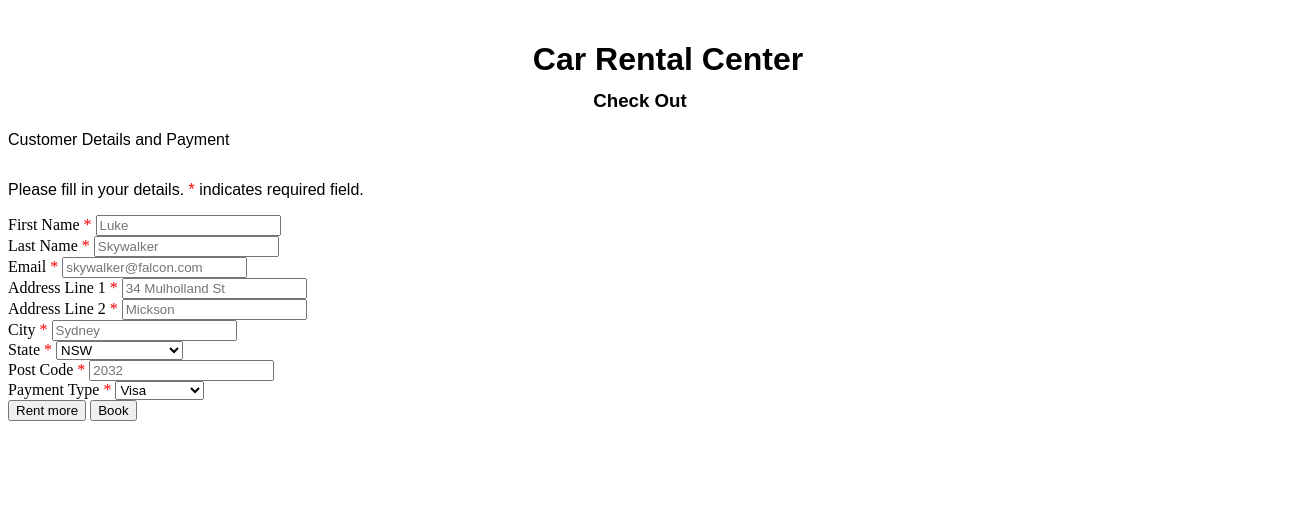
Repository: michtnt/POI-Hertz
Page: checkout.html
The author's editor kept a record of every edit. The page is drawn from the files as they stood at one moment, then again after the next edit.
The browser window is 1280 px wide. The page is 1308 px wide, so the pictures cover 1308 px, including what lies to the right of the window. The pictures show the whole page.

Above is the page before.
Console error: TypeError: Cannot read properties of null (reading 'map')

### checkout.html
<!DOCTYPE html>
<html>
    <head></head>
    <link rel="stylesheet" href="index.css">
    <script src="https://code.jquery.com/jquery-3.6.0.min.js" type="text/javascript"></script>
    <script type="text/javascript">
        let cart;
        let total = 0;
        $(document).ready(function(){
            cart = JSON.parse(window.localStorage.getItem('hertz@cart'));
            cart.map(car => {
                // TODO amount * price
                total += parseInt(car.price_per_day)
            })
            $(".total").append(`<h3>Total: ${total}</h3>`)
        })

        function redirect(){
            window.location.href="/"
        }

        function book(){
              // email regex
              let regex = /\S+@\S+\.\S+/;
              let email = document.getElementById("email").value
              if(regex.test(email)){
                alert("Purchase is Successful!")
                // reload page
                window.location.href="/"
                window.localStorage.clear();
              } else{
                alert("Invalid email!")
              }
        }
    </script>
    <body>
        <!--Header-->
        <div class="header center">
            <h1>Car Rental Center</h1>
        </div>
        <!--Main-->
        <h3 class="center">Check Out</h3>
        <form onSubmit="book(); return false;">
            <p>Customer Details and Payment</p>
            <div style="display:flex;">
                <p>Please fill in your details.</p>
                <p style="color:red;">&nbsp;*&nbsp;</p>
                <p>indicates required field.</p>
            </div>
            <div class="checkout-form">
                <div>
                    <label for="fname" class="required"><i class="fa fa-user"></i> First Name</label>
                    <input type="text" id="fname" name="firstname" placeholder="Luke" required>
                </div>
                <div>
                    <label for="fname" class="required"><i class="fa fa-user"></i> Last Name</label>
                    <input type="text" id="lname" name="lastname" placeholder="Skywalker" required>
                </div>
                <div>
                    <label for="email" class="required"><i class="fa fa-envelope"></i> Email</label>
                    <input type="email" id="email" name="email" placeholder="skywalker@falcon.com" required>
                </div>
                <div>
                    <label for="adr1" class="required"><i class="fa fa-address-card-o"></i> Address Line 1</label>
                    <input type="text" id="adr1" name="address" placeholder="34 Mulholland St" required>
                </div>
                <div>
                    <label for="adr2" class="required"><i class="fa fa-address-card-o"></i> Address Line 2</label>
                    <input type="text" id="adr2" name="address" placeholder="Mickson" required>
                </div>
                <div>
                    <label for="city" class="required"><i class="fa fa-institution"></i> City</label>
                    <input type="text" id="city" name="city" placeholder="Sydney" required>
                </div>
                <div>
                    <label for="state" class="required">State</label>
                    <select name="state" id="state">
                      <option value="nsw">NSW</option>
                      <option value="qld">Queensland</option>
                      <option value="sa">South Australia</option>
                      <option value="tas">Tasmania</option>
                      <option value="vic">Victoria</option>
                      <option value="wa">Western Australia</option>
                    </select>
                </div>
                <div>
                    <label for="zip" class="required">Post Code</label>
                    <input type="text" id="zip" name="zip" placeholder="2032" required>
                </div>
                <div>
                    <label for="state" class="required">Payment Type</label>
                    <select name="state" id="state">
                      <option value="visa">Visa</option>
                      <option value="mastercard">Mastercard</option>
                      <option value="amex">AMEX</option>
                    </select>
                </div>
            </div>

            <div class="total"></div>
            <div>
               <button onClick="redirect()">Rent more</button>
               <input type="submit" value="Book" class="btn">
            </div>
        </form>
    </body>
</html>

### index.css
/*global*/
p, h1, h3 {
    font-family: "arial"
}

/*class*/
/*margin: top right bottom left*/
.header{
    display: inline-flex;
    justify-content: space-between;
    margin: 20px 20px 20px 20px;
    flex-grow: 1;
    width: 100vw;
    height: 50px;
    color: "black";
}

.main{
    display: flex;
    /*justify-content: space-around;*/
    flex-wrap: wrap;
    margin: 10px 10px 10px 10px;
    width: 100vw;
    color: "black";
}

.car-img-container{
    max-width: 300px;
    height: auto;
    left: 0px;
    right: 0px;
}

/*https://codepen.io/sdthornton/pen/wBZdXq*/
.card{
  background: #fff;
  border-radius: 2px;
  display: inline-block;
  /*height: 300px;*/
  /*margin: 1rem;*/
  margin: 10px 10px 10px 10px;
  padding: 10px 10px 10px 10px;
  /*position: relative;*/
  width: 300px;
}

.card-1 {
  box-shadow: 0 1px 3px rgba(0,0,0,0.12), 0 1px 2px rgba(0,0,0,0.24);
  transition: all 0.3s cubic-bezier(.25,.8,.25,1);
}

.card-1:hover {
  box-shadow: 0 14px 28px rgba(0,0,0,0.25), 0 10px 10px rgba(0,0,0,0.22);
}

.center {
  display: flex;
  justify-content: center;
}

.title {
  display: flex;
  justify-content: space-around;
}

.car-item {
  display: flex;
  justify-content: space-around;
}

.main-reservation {
  display: flex;
  flex-direction: column;
}

.checkout-button {
  display: flex;
  justify-content: flex-end;
}

.required:after {
  content:" *";
  color: red;
}

.checkout-form {
  display: flex;
  flex-direction: column;
  justify-content: space-between;
}

After the next edit:
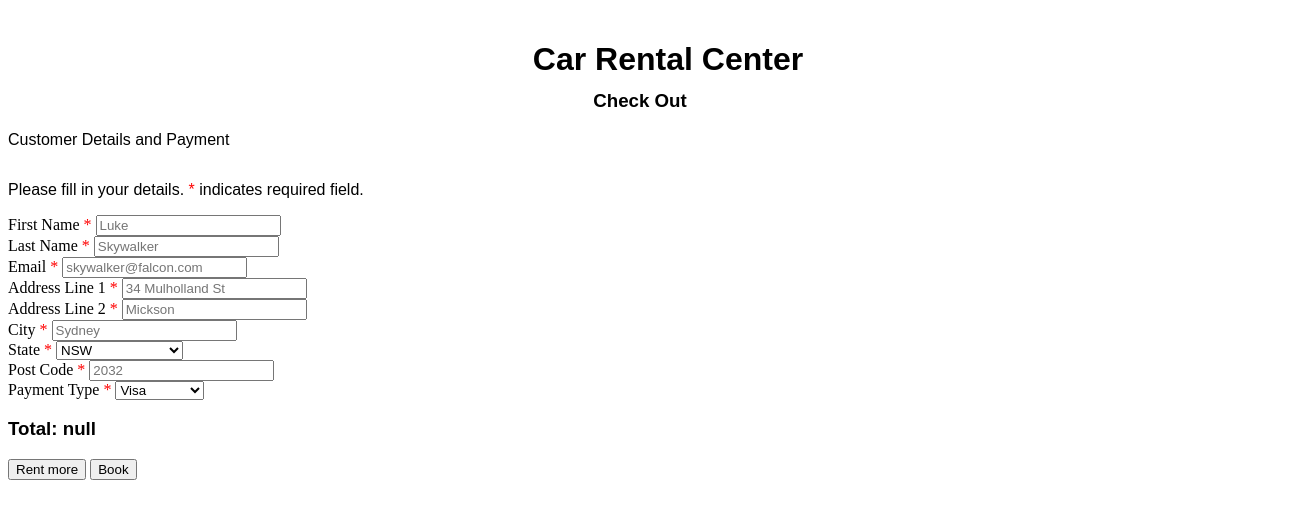
The error is gone.
The edit:
--- a/checkout.html
+++ b/checkout.html
@@ -7,11 +7,9 @@
         let cart;
         let total = 0;
         $(document).ready(function(){
-            cart = JSON.parse(window.localStorage.getItem('hertz@cart'));
-            cart.map(car => {
-                // TODO amount * price
-                total += parseInt(car.price_per_day)
-            })
+            const queryString = window.location.search;
+            const urlParams = new URLSearchParams(queryString);
+            const total = urlParams.get('total')
             $(".total").append(`<h3>Total: ${total}</h3>`)
         })
 
